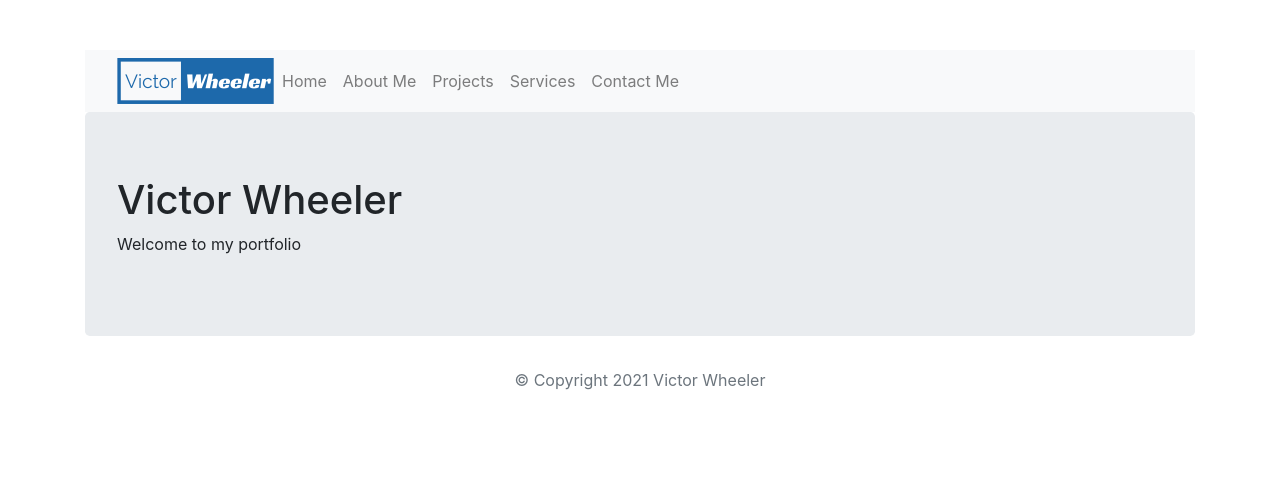
Repository: VictorWheeler/COMP_229_301167760
Page: http://localhost/
An editor plug-in stored every save of this project. The page is shown before and after the next save, followed by the edit.
The browser window is 1280 px wide. The pictures show the whole page.
The page is served by the project's Node server (server.js).

Above is the page before, as saved 2021-09-30 09:39:50.

### Express-Portfolio-Site/views/pages/index.ejs
<!DOCTYPE html>
<html lang="en">
<head>
  <%- include('../partials/head'); %>
</head>
<body class="container">

<header>
  <%- include('../partials/header'); %>
</header>

<main>
  <div class="jumbotron">
    <h1>Victor Wheeler</h1>
    <p>Welcome to my portfolio</p>

  </div>
</main>

<footer>
  <%- include('../partials/footer'); %>
</footer>

</body>
</html>

### Express-Portfolio-Site/views/partials/head.ejs
<meta charset="UTF-8">
<title>Victor Wheeler</title>

<!-- CSS (load bootstrap from a CDN) -->
<link rel="stylesheet" href="https://cdnjs.cloudflare.com/ajax/libs/twitter-bootstrap/4.5.2/css/bootstrap.min.css">
<style>
  body { padding-top:50px; }
</style>

### Express-Portfolio-Site/views/partials/header.ejs
<nav class="navbar navbar-expand-lg navbar-light bg-light">
  <a class="navbar-brand"></a><img class="logo" src="/images/vw_logo.png" width="157" height="46" alt="why">
   <ul class="navbar-nav mr-auto">
    <li class="nav-item">
      <a class="nav-link" href="/">Home</a>
    </li>
    <li class="nav-item">
      <a class="nav-link" href="/about">About Me</a>
    </li>
    <li class="nav-item">
      <a class="nav-link" href="/projects">Projects</a>
    </li>
    <li class="nav-item">
      <a class="nav-link" href="/services">Services</a>
    </li>
    <li class="nav-item">
      <a class="nav-link" href="/contact">Contact Me</a>
    </li>
  </ul>
</nav>

### Express-Portfolio-Site/views/partials/footer.ejs
<p class="text-center text-muted">&copy; Copyright 2021 Victor Wheeler</p>

### Express-Portfolio-Site/server.js
var express = require('express');
var app = express();
var root = require('path').join(__dirname,'/public');


// set the view engine to ejs
app.set('view engine', 'ejs');

//set public folder as static
app.use(express.static(root));

// use res.render to load up an ejs view file

// Home page page
app.get('/', function(req, res) {
  res.render('pages/index');
});

// About Me page
app.get('/about', function(req, res) {
  res.render('pages/about');
});

// Projects page
app.get('/projects', function(req, res) {
    res.render('pages/projects');
  });

  // Services page
app.get('/services', function(req, res) {
    res.render('pages/services');
  });

  // Contact Me page
app.get('/contact', function(req, res) {
    res.render('pages/contact');
  });

app.listen(3000);
console.log('Server is listening on port 3000');

After the next save:
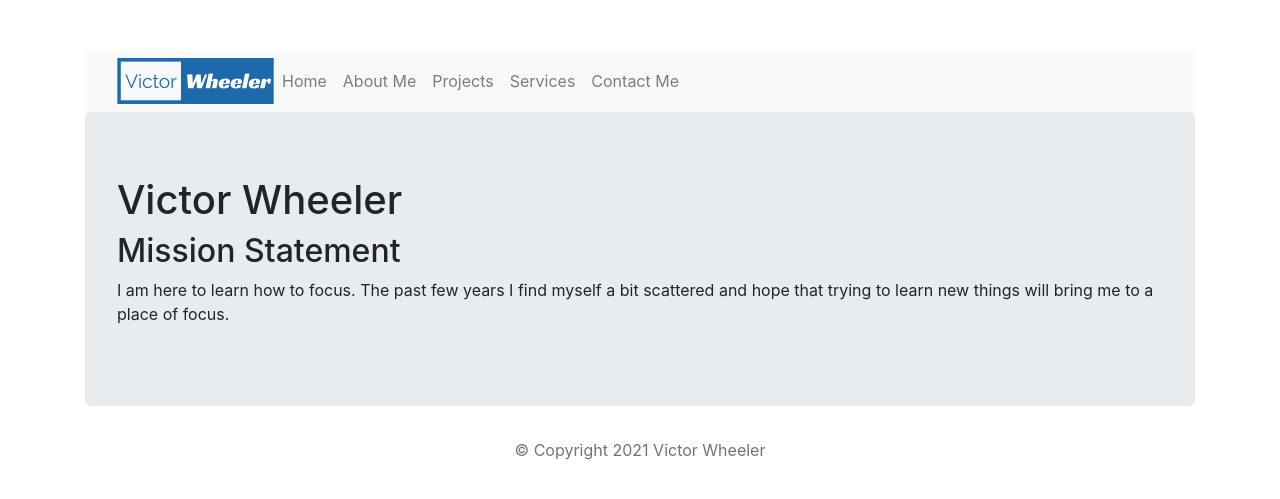
Saved 2 min 4 s later.
--- a/Express-Portfolio-Site/views/pages/index.ejs
+++ b/Express-Portfolio-Site/views/pages/index.ejs
@@ -12,7 +12,8 @@
 <main>
   <div class="jumbotron">
     <h1>Victor Wheeler</h1>
-    <p>Welcome to my portfolio</p>
+    <h2>Mission Statement</h2>
+    <p>I am here to learn how to focus. The past few years I find myself a bit scattered and hope that trying to learn new things will bring me to a place of focus.</p>
 
   </div>
 </main>
